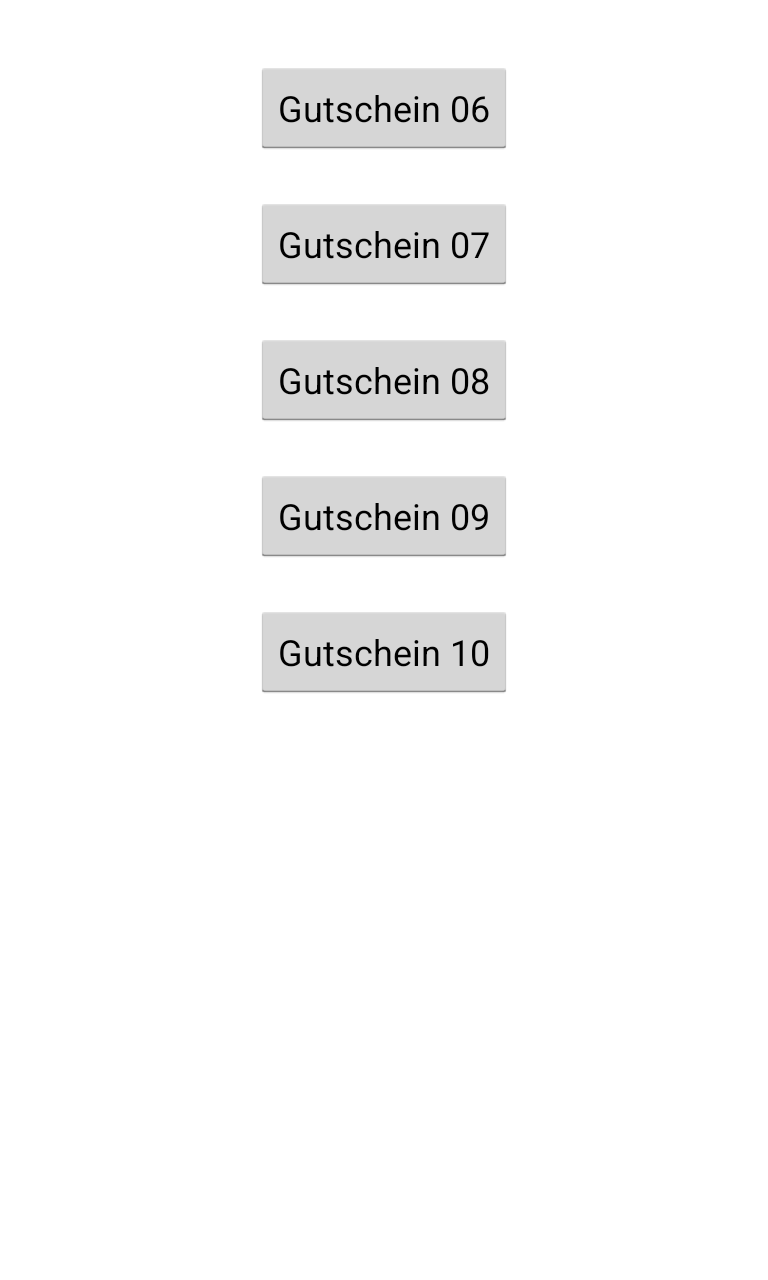
Repository: flashback2k12/ChristmasPresent
Layout: ChristmasPresent/res/layout/activity_checkbox2.xml
An editor plug-in stored every save of this project. The layout is shown before and after the next save, followed by the edit.
It is drawn on a 768 x 1280 px phone screen (xhdpi) without system bars, with theme AppTheme; the app's code is not run.

Above is the layout before, as saved 2012-12-19 18:17:27.

### ChristmasPresent/res/layout/activity_checkbox2.xml
<?xml version="1.0" encoding="utf-8"?>
<RelativeLayout xmlns:android="http://schemas.android.com/apk/res/android"
    android:layout_width="match_parent"
    android:layout_height="match_parent">

    <Button
        android:id="@+id/button6"
        android:layout_width="wrap_content"
        android:layout_height="wrap_content"
        android:layout_alignParentTop="true"
        android:layout_centerHorizontal="true"
        android:layout_marginLeft="50dp"
        android:layout_marginRight="50dp"
        android:layout_marginTop="30dp"
        android:onClick="SixCoupon"
        android:text="@string/checkbox6" />

    <Button
        android:id="@+id/Button08"
        android:layout_width="wrap_content"
        android:layout_height="wrap_content"
        android:layout_alignLeft="@+id/Button07"
        android:layout_below="@+id/Button07"
        android:layout_marginTop="20dp"
        android:onClick="EightCoupon"
        android:text="@string/checkbox8" />

    <Button
        android:id="@+id/Button09"
        android:layout_width="wrap_content"
        android:layout_height="wrap_content"
        android:layout_alignLeft="@+id/Button08"
        android:layout_below="@+id/Button08"
        android:layout_marginTop="20dp"
        android:onClick="NineCoupon"
        android:text="@string/checkbox9" />

    <Button
        android:id="@+id/Button07"
        android:layout_width="wrap_content"
        android:layout_height="wrap_content"
        android:layout_alignLeft="@+id/button6"
        android:layout_below="@+id/button6"
        android:layout_marginTop="20dp"
        android:onClick="SevenCoupon"
        android:text="@string/checkbox7" />

    <Button
        android:id="@+id/Button10"
        android:layout_width="wrap_content"
        android:layout_height="wrap_content"
        android:layout_alignLeft="@+id/Button09"
        android:layout_below="@+id/Button09"
        android:layout_marginTop="20dp"
        android:onClick="TenCoupon"
        android:text="@string/checkbox10" />

</RelativeLayout>

### ChristmasPresent/res/values-v11/styles.xml
<resources>

	<style  name="AppTheme" parent="android:Theme.Holo.Light" />

</resources>

### ChristmasPresent/res/values/styles.xml
<resources xmlns:android="http://schemas.android.com/apk/res/android">

    <style name="AppTheme" parent="android:Theme.Light" />

    <style name="WidgetBackground_4_1">
        <item name="android:background">@drawable/widget_4_1</item>
    </style>

<style name="WidgetTitle">
        <item name="android:textSize">10sp</item>
        <item name="android:textStyle">bold</item>
        <item name="android:textColor">@android:color/white</item>
    </style>

    <style name="WidgetText">
        <item name="android:textSize">10sp</item>
        <item name="android:textColor">@android:color/white</item>
    </style>
    <style name="AppTheme" parent="android:Theme.Black" />

</resources>

### ChristmasPresent/res/values/strings.xml
<?xml version="1.0" encoding="utf-8"?>
<resources>

    <string name="app_name">Weihnachtsgeschenk</string>
    <string name="title_activity_main">Weihnachtsgeschenk</string><string name="hello_schatz_z1">Ich wünsche dir alles liebe zum Weihnachtsfest mein Schatz. :-* </string>
    <string name="hello_schatz_z2">Ich hoffe, dass dir die nächsten Punkte gefallen werden!!! :-)</string>
    <string name="button_standard">drück mich!</string>
    <string name="fuelltext">Spannung...</string>
    <string name="checkbox1">Gutschein 01</string>
    <string name="checkbox2">Gutschein 02</string>
    <string name="checkbox3">Gutschein 03</string>
    <string name="checkbox4">Gutschein 04</string>
    <string name="checkbox5">Gutschein 05</string>
    <string name="checkbox6">Gutschein 06</string><string name="checkbox7">Gutschein 07</string><string name="checkbox8">Gutschein 08</string><string name="checkbox9">Gutschein 09</string><string name="checkbox10">Gutschein 10</string><string name="gutschein1">Ein Gutschein für einen Kinobesuch deiner Wahl!</string>
    <string name="gutschein2">Ein Gutschein zum Essen gehen deiner Wahl!</string>
    <string name="gutschein3">Ein Gutschein für eine Massage deiner Wahl!</string>
    <string name="gutschein4">Ein Gutschein für ein Candlelight Dinner!</string>
    <string name="gutschein5">Ein Gutschein für 4 Knutsch-Fotos im Passbildautomat (Ecke Löffelfamilie)!</string>
    <string name="gutschein6">Ein Gutschein für einen DVD Marathon deiner Wahl mit Leckereien! </string>
    <string name="gutschein7">Ein Gutschein für die Erfüllung eines Wunsches von dir!</string>
    <string name="gutschein8">Ein Gutschein für ein Picknick!</string>
    <string name="gutschein9">Ein Gutschein deiner Wahl wiederholen!</string>
    <string name="christmas">Frohe Weihnachten mein Schatz!</string>
    <string name="i_love_you">Ich liebe Dich!</string>
    <string name="app_widget_4_1_christmas">Frohe Weihnachten</string>
    <string name="i_love_you_2">Ich liebe Dich mein Schatz! :-***</string>
    <string name="miss_you">Du fehlst mir jeden Tag an dem wir uns nicht sehen!</string>
    <string name="app_widget_4_1_allYear">Kussi</string>

</resources>

Loaded but not shown: ChristmasPresent/res/values-v14/styles.xml (common file)

After the next save:
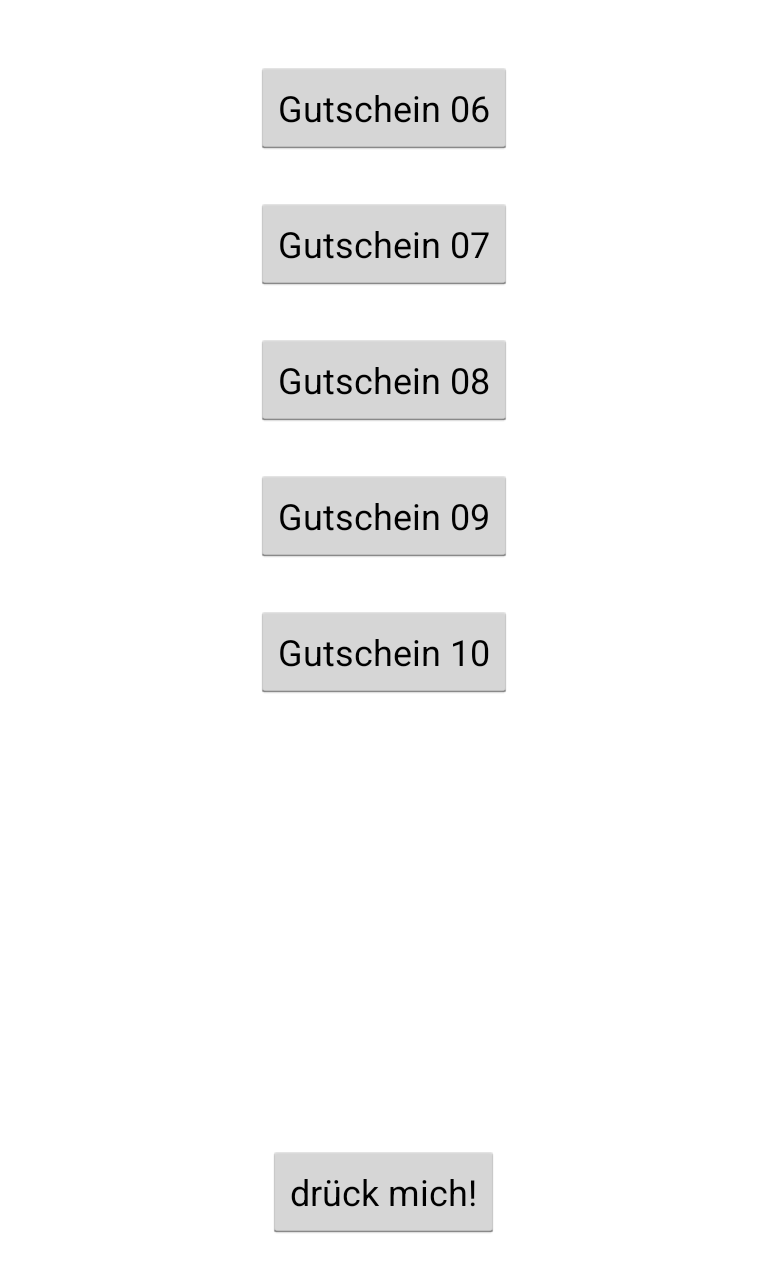
Saved 3 min 28 s later.
--- a/ChristmasPresent/res/layout/activity_checkbox2.xml
+++ b/ChristmasPresent/res/layout/activity_checkbox2.xml
@@ -1,7 +1,7 @@
 <?xml version="1.0" encoding="utf-8"?>
 <RelativeLayout xmlns:android="http://schemas.android.com/apk/res/android"
     android:layout_width="match_parent"
-    android:layout_height="match_parent">
+    android:layout_height="match_parent" >
 
     <Button
         android:id="@+id/button6"
@@ -55,4 +55,14 @@
         android:onClick="TenCoupon"
         android:text="@string/checkbox10" />
 
+    <Button
+        android:id="@+id/button1CBX2"
+        android:layout_width="wrap_content"
+        android:layout_height="wrap_content"
+        android:layout_alignParentBottom="true"
+        android:layout_centerHorizontal="true"
+        android:layout_marginBottom="20dp"
+        android:text="@string/button_standard"
+        android:onClick="ButtonZusatz"/>
+
 </RelativeLayout>
